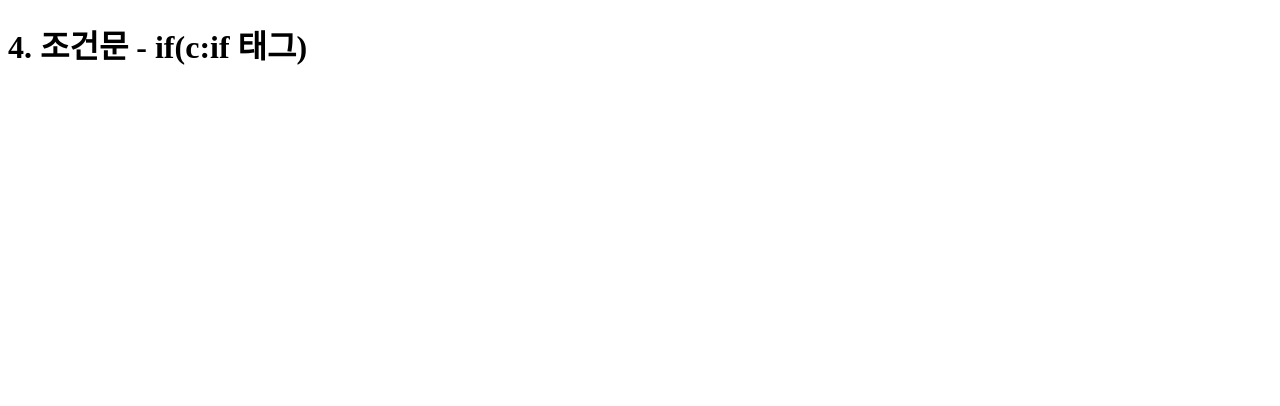
Repository: Rabsterd/6_Server
Page: http://localhost/JSPProject2/jstl/condition
The author's editor kept a copy of each file at every save. The page is drawn from the files as they stood at one save, then again after the next save.
The browser window is 1280 px wide. The pictures show the whole page.
The page is served by Tomcat 9.

Above is the page before, as saved 2023-09-20 00:17:57.

After the next save:
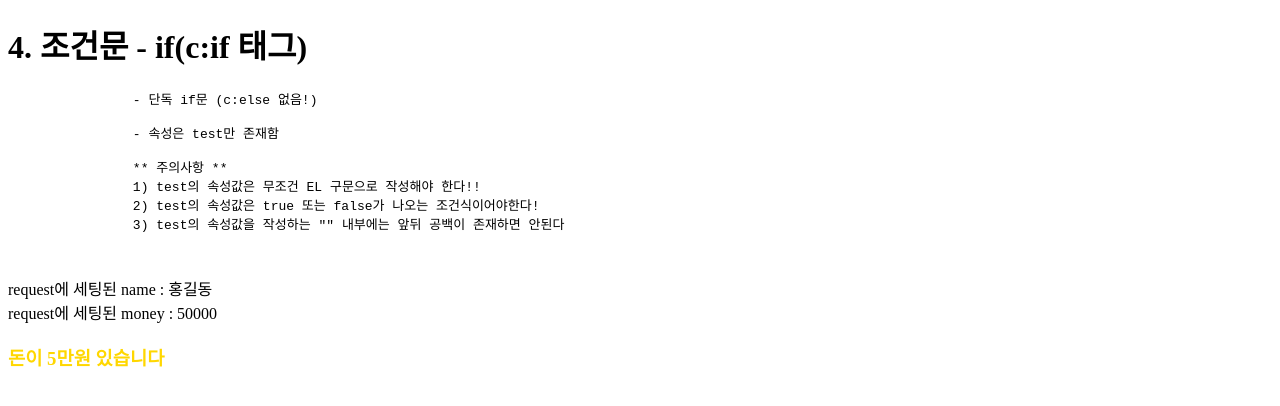
Saved 4 min 53 s later.
--- a/JSPProject2/src/main/webapp/WEB-INF/views/jstl/condition.jsp
+++ b/JSPProject2/src/main/webapp/WEB-INF/views/jstl/condition.jsp
@@ -12,5 +12,27 @@
 <body>
 
 	<h1>4. 조건문 - if(c:if 태그)</h1>
+
+	<pre>
+		- 단독 if문 (c:else 없음!)
+
+		- 속성은 test만 존재함
+
+		** 주의사항 **
+		1) test의 속성값은 무조건 EL 구문으로 작성해야 한다!!
+		2) test의 속성값은 true 또는 false가 나오는 조건식이어야한다!
+		3) test의 속성값을 작성하는 "" 내부에는 앞뒤 공백이 존재하면 안된다
+
+	</pre>
+
+	request에 세팅된 name : ${name} <%-- 홍길동 --%>
+	<br>
+	request에 세팅된 money : ${money} <%-- 50000 --%>
+
+	<br>
+
+	<c:if test= "${ money == 50000 }">
+		<h3 style="color:gold"> 돈이 5만원 있습니다</h3>
+	</c:if>
 </body>
 </html>
